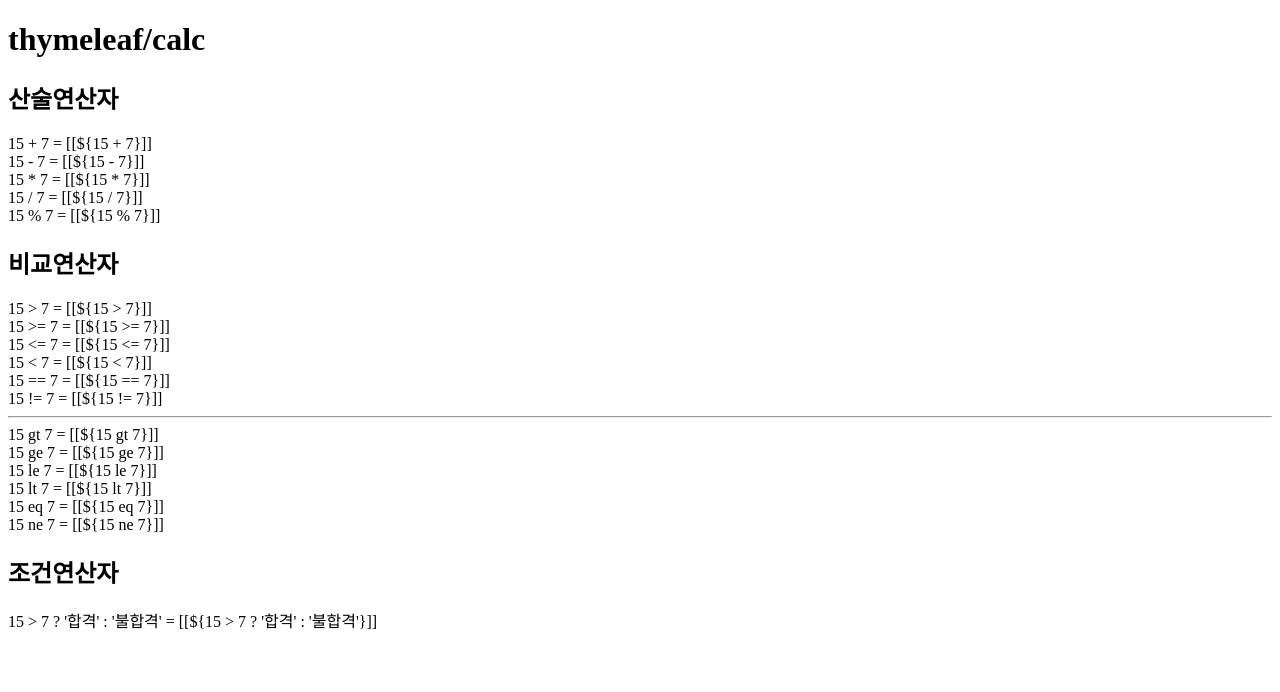
Repository: Yousehyeon/spring_work
Page: stsMvcProj/src/main/java/aaa/service/lalala.html
An editor plug-in stored every save of this project. The page is shown before and after the next save, followed by the edit.
The browser window is 1280 px wide. The pictures show the whole page.

Above is the page before, as saved 2023-08-22 06:00:21.

After the next save:
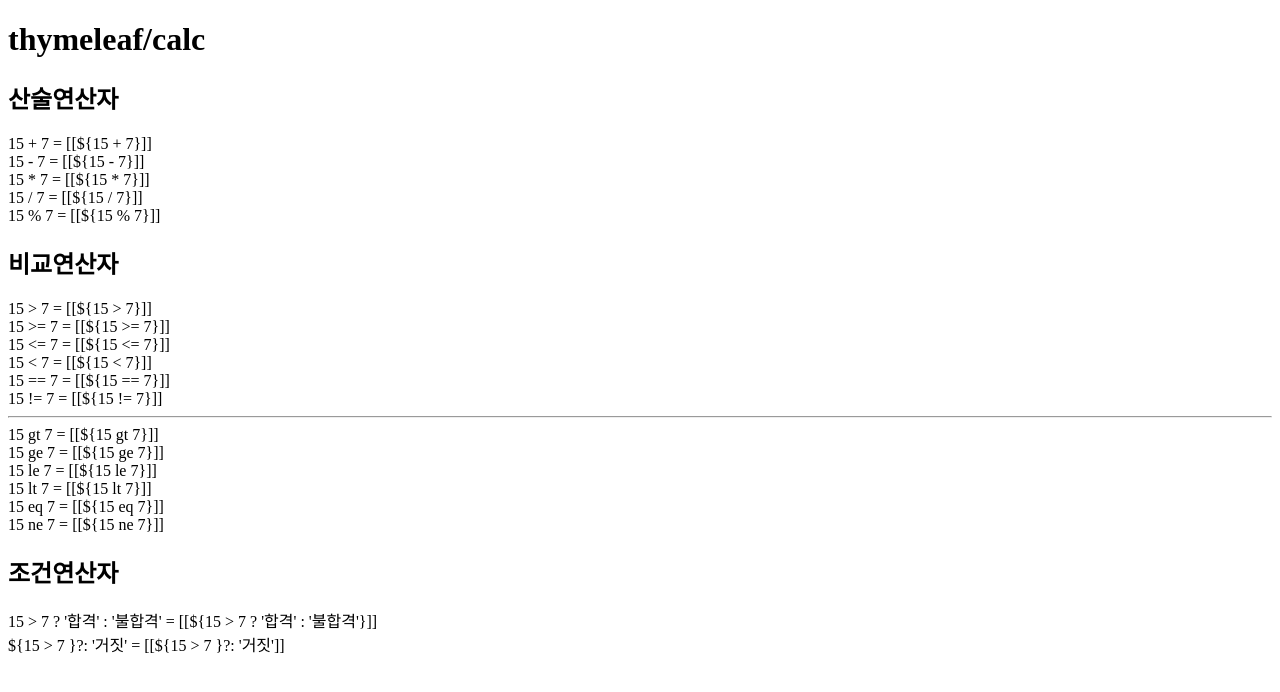
Saved 66 s later.
--- a/stsMvcProj/src/main/java/aaa/service/lalala.html
+++ b/stsMvcProj/src/main/java/aaa/service/lalala.html
@@ -28,5 +28,6 @@
 15 ne 7 = [[${15 ne 7}]]<br/>
 <h2>조건연산자</h2>
 15 > 7 ? '합격' : '불합격' = [[${15 > 7 ? '합격' : '불합격'}]]<br/>
+${15 > 7 }?: '거짓' = [[${15 > 7 }?: '거짓']]<br/>
 </body>
 </html>
